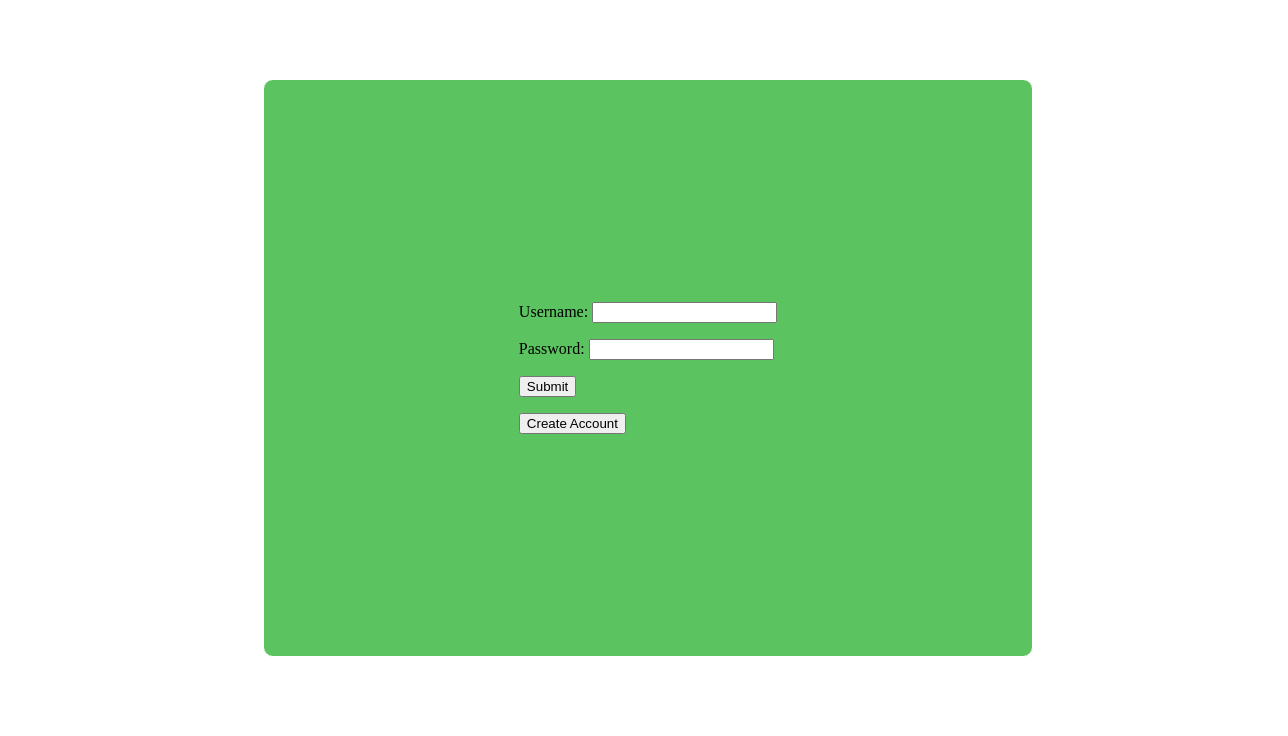
Repository: Jtho28/4830-group-project
Page: Esports-webproj/src/main/webapp/WEB-INF/Login.html
An editor plug-in stored every save of this project. The page is shown before and after the next save, followed by the edit.
The browser window is 1280 px wide. The page is 1288 px wide, so the pictures cover 1288 px, including what lies to the right of the window. The pictures show the whole page.

Above is the page before, as saved 2022-11-16 21:00:35.

After the next save:
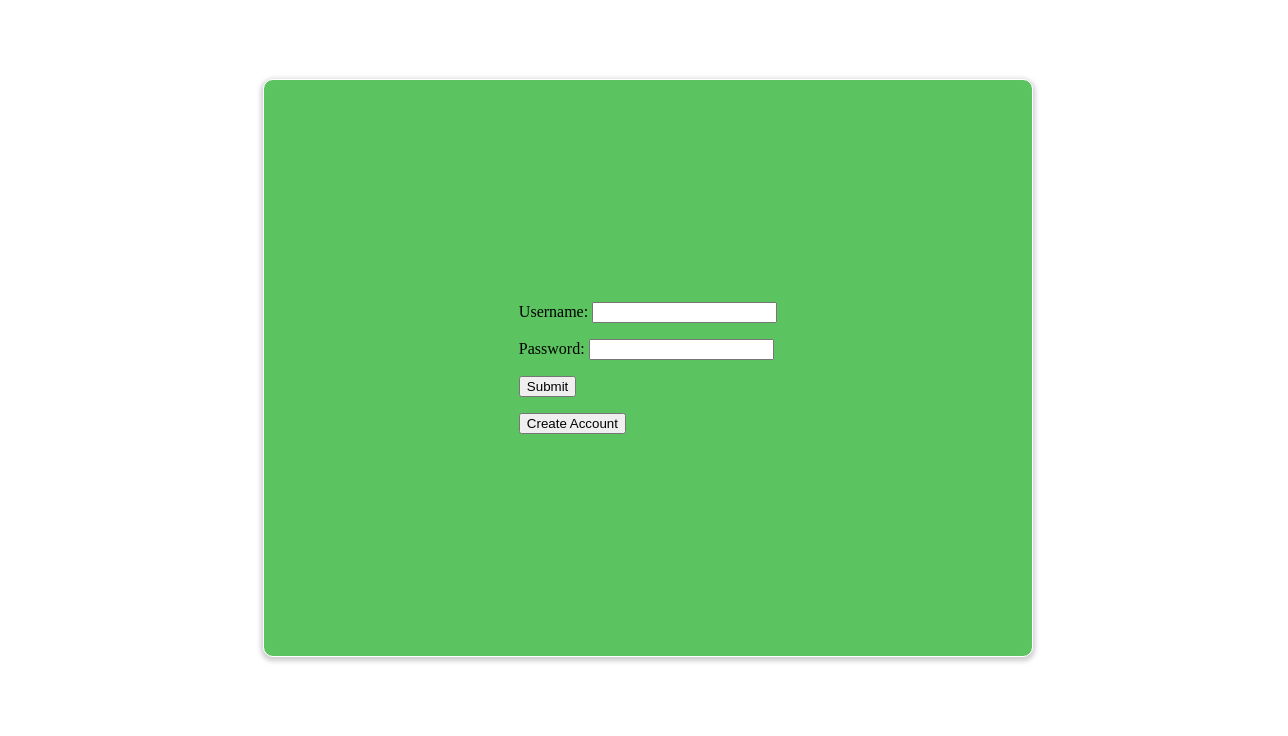
Saved 34 s later.
--- a/Esports-webproj/src/main/webapp/WEB-INF/login.css
+++ b/Esports-webproj/src/main/webapp/WEB-INF/login.css
@@ -19,7 +19,7 @@ body {
 	border-radius: 10px;
 	background: rgba(50, 181, 55, .8);
 	transition: ease all 0.5s;
-	box-shadow: rgba(0,0,0, .2)
+	box-shadow: 0 2px 5px 2px rgba(0,0,0, .2)
 }
 .login:hover {
 	background: rgba(50, 181, 55, .5);
